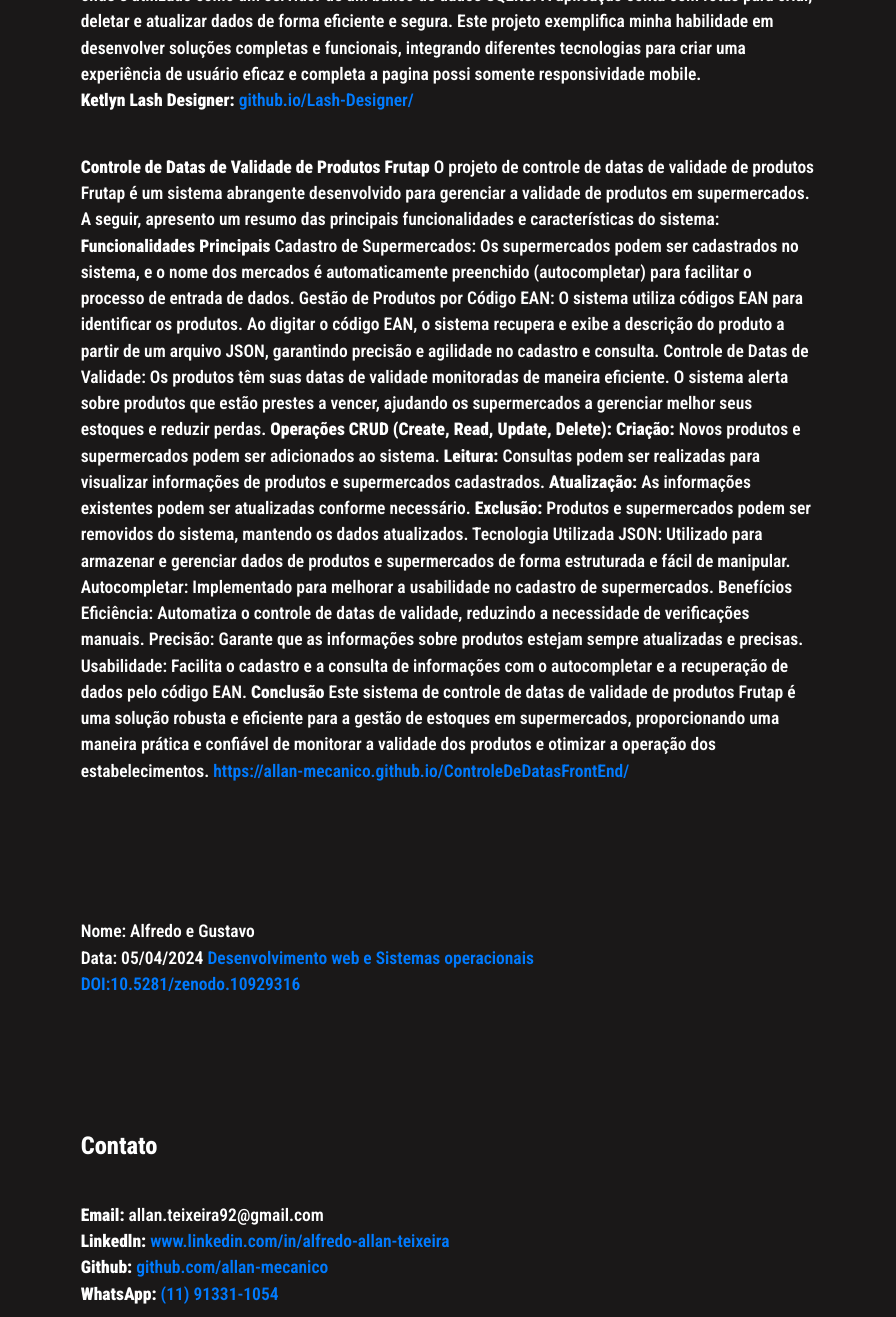
Repository: alfredo-allan/Portfolio
Page: index.html
An editor plug-in stored every save of this project. The page is shown before and after a run of saves, followed by the edit.
The browser window is 1280 px wide. The pictures show the part of the page from y = 2622 to 4542 px (the page is 4504 px tall before and 4542 px after), at 70% of full size.

Above is the page before, as saved 2024-05-26 19:37:18.

### index.html
<!DOCTYPE html>
<html lang="pt-BR">
  <head>
    <meta charset="UTF-8" />
    <meta name="viewport" content="width=device-width, initial-scale=1.0" />
    <link
      rel="stylesheet"
      href="https://stackpath.bootstrapcdn.com/bootstrap/4.1.3/css/bootstrap.min.css"
      integrity="sha384-MCw98/SFnGE8fJT3GXwEOngsV7Zt27NXFoaoApmYm81iuXoPkFOJwJ8ERdknLPMO"
      crossorigin="anonymous"
    />
    <link rel="stylesheet" href="./src/assets/styles/home.css" />
    <link
      href="https://fonts.googleapis.com/css2?family=Roboto+Condensed:ital,wght@0,100..900;1,100..900&display=swap"
      rel="stylesheet"
    />

    <title>Portfolio</title>
    <div class="foto-perfil">
      <img src="./src/assets/images/foto-perfil.jpeg" alt="Minha Foto" />
    </div>
    <div class="menu">
      <ul>
        <li><a href="#Sobre">Sobre</a></li>
        <li><a href="#Conhecimento">Conhecimento</a></li>
        <li><a href="#Contato">Contato</a></li>
        <li><a href="#Projetos">Projetos</a></li>
        <li><a href="#Atividades">Atividades Faculdade</a></li>
        <li><a href="./curriculo.html">Currículo</a></li>
      </ul>
    </div>
    <div class="container" id="Sobre">
      <h2>Sobre</h2>
      <p>
        Meu nome é Alfredo Allan, e sou um profissional dedicado e apaixonado
        por tecnologia. Possuo experiência e conhecimento em diversos cursos e
        treinamentos, tais como Shell Script, introdução ao sistema operacional
        Linux, programação para internet com JavaScript, recriação da página do
        Instagram, criação de sites com HTML5 e CSS3, Git e GitHub, estruturas
        de algoritmos, lógica e programação essencial. Além disso, também possuo
        certificações em engenharia social e phishing, e sou um usuário
        experiente de Linux. Tenho um projeto pessoal de uma página de
        empréstimo no GitHub, onde aplico meus conhecimentos e habilidades de
        programação e web design. Estou sempre em busca de aprendizado e novos
        desafios, e estou confiante de que posso contribuir de forma
        significativa para sua equipe. Estou ansioso para mostrar como minhas
        habilidades e experiências podem agregar valor à sua empresa.
      </p>
    </div>
    <div id="Conhecimento">
      <h2>Conhecimento</h2>
      <p>
        Cursando Analise e desenvolvimento de sistemas <br />
        Shell script - manipulando arquivos <br />
        Introdução ao sistema operacional linux <br />
        Programação para internet com javascritp <br />
        Recriando a pagina do instagram <br />
        Imersão front-end Alura <br />
        Introdução a criação de sites com HTML 5 E CSS3 <br />
        Introdução ao git eo github <br />
        O que são estruturas de algoritimo <br />
        Logica e programação essencial <br />
        Engenharia social e phishing <br />
      </p>
    </div>

    <div id="sistemas">
      <h2>Sistemas Operacionais</h2>
      <p>
        Como usuário de Linux, possuo conhecimento em pacotes gerenciadores como
        apt e yum, bem como em servidores Apache. Sou capaz de estabelecer
        conexões SSH, gerar chaves públicas, e possuo boas práticas no uso do
        terminal de comandos. Além disso, possuo habilidades avançadas em
        instalação e configuração de sistemas operacionais, inclusive na
        manipulação de variáveis de ambiente como o PATH. Estas competências são
        fundamentais para garantir um ambiente de trabalho eficiente e seguro.
      </p>
    </div>
    <div id="Projetos">
      <h2>Projetos</h2>
      <p>
        Desenvolvi uma página web responsiva utilizando Bootstrap 5, HTML e CSS.
        A página possui uma simulação de empréstimo, onde o usuário pode
        escolher o número de meses para financiar e ver uma prestação
        aproximada. Além disso, incluí um botão de contato via WhatsApp para
        facilitar a comunicação com um corretor. <br />
        <strong>Emprestimo:</strong
        ><a href="https://allan-mecanico.github.io/Emprestimo-facil/index.html">
          github.io/Emprestimo-facil/
        </a>
      </p>
      <p>
        Esse projeto combina o uso de tecnologias front-end e back-end para
        criar uma aplicação web dinâmica e interativa. O front-end foi
        desenvolvido com HTML, CSS e JavaScript e está hospedado no GitHub
        Pages. Já o back-end foi feito em Python com o framework Flask e está
        hospedado no PythonAnywhere, onde é utilizado como um servidor de um
        banco de dados SQLite. A aplicação conta com rotas para criar, deletar e
        atualizar dados de forma eficiente e segura. Este projeto exemplifica
        minha habilidade em desenvolver soluções completas e funcionais,
        integrando diferentes tecnologias para criar uma experiência de usuário
        eficaz e completa a pagina possi somente responsividade mobile. <br />
        <strong>Ketlyn Lash Designer:</strong
        ><a href="https://allan-mecanico.github.io/Lash-Designer/">
          github.io/Lash-Designer/
        </a>
      </p>
      <p>
        <strong>Controle de Datas de Validade de Produtos Frutap</strong>
        O projeto de controle de datas de validade de produtos Frutap é um
        sistema abrangente desenvolvido para gerenciar a validade de produtos em
        supermercados. A seguir, apresento um resumo das principais
        funcionalidades e características do sistema:

        <strong>Funcionalidades Principais</strong>
        Cadastro de Supermercados: Os supermercados podem ser cadastrados no
        sistema, e o nome dos mercados é automaticamente preenchido
        (autocompletar) para facilitar o processo de entrada de dados. Gestão de
        Produtos por Código EAN: O sistema utiliza códigos EAN para identificar
        os produtos. Ao digitar o código EAN, o sistema recupera e exibe a
        descrição do produto a partir de um arquivo JSON, garantindo precisão e
        agilidade no cadastro e consulta. Controle de Datas de Validade: Os
        produtos têm suas datas de validade monitoradas de maneira eficiente. O
        sistema alerta sobre produtos que estão prestes a vencer, ajudando os
        supermercados a gerenciar melhor seus estoques e reduzir perdas.
        <strong>Operações CRUD (Create, Read, Update, Delete):</strong>

        <strong>Criação:</strong> Novos produtos e supermercados podem ser
        adicionados ao sistema. <strong>Leitura:</strong> Consultas podem ser
        realizadas para visualizar informações de produtos e supermercados
        cadastrados. <strong>Atualização:</strong> As informações existentes
        podem ser atualizadas conforme necessário.
        <strong>Exclusão:</strong> Produtos e supermercados podem ser removidos
        do sistema, mantendo os dados atualizados. Tecnologia Utilizada JSON:
        Utilizado para armazenar e gerenciar dados de produtos e supermercados
        de forma estruturada e fácil de manipular. Autocompletar: Implementado
        para melhorar a usabilidade no cadastro de supermercados. Benefícios
        Eficiência: Automatiza o controle de datas de validade, reduzindo a
        necessidade de verificações manuais. Precisão: Garante que as
        informações sobre produtos estejam sempre atualizadas e precisas.
        Usabilidade: Facilita o cadastro e a consulta de informações com o
        autocompletar e a recuperação de dados pelo código EAN.
        <strong>Conclusão</strong>
        Este sistema de controle de datas de validade de produtos Frutap é uma
        solução robusta e eficiente para a gestão de estoques em supermercados,
        proporcionando uma maneira prática e confiável de monitorar a validade
        dos produtos e otimizar a operação dos estabelecimentos.
        <a href="https://allan-mecanico.github.io/ControleDeDatasFrontEnd/"
          >https://allan-mecanico.github.io/ControleDeDatasFrontEnd/</a
        >
      </p>
    </div>
    <div id="Atividades">
      <p>
          Nome: Alfredo e Gustavo  <br>
          Data: 05/04/2024
        <a href="https://zenodo.org/records/10929316"
          >Desenvolvimento web e Sistemas operacionais <br>
          DOI:10.5281/zenodo.10929316</a
        >
      </p>
    </div>
    <div id="Contato">
      <h2>Contato</h2>

      <p>
        <strong>Email:</strong> allan.teixeira92@gmail.com <br />
        <strong>Linkedln:</strong
        ><a
          href="https://www.linkedin.com/in/alfredo-allan-teixeira-ba2701149/"
        >
          www.linkedin.com/in/alfredo-allan-teixeira <br
        /></a>

        <strong>Github:</strong
        ><a href="https://github.com/allan-mecanico">
          github.com/allan-mecanico<br
        /></a>
        <strong>WhatsApp:</strong
        ><a href="https://api.whatsapp.com/send?phone=5511913311054">
          (11) 91331-1054<br
        /></a>
      </p>
    </div>
  </head>
  <body>
    <script
      src="https://code.jquery.com/jquery-3.3.1.slim.min.js"
      integrity="sha384-q8i/X+965DzO0rT7abK41JStQIAqVgRVzpbzo5smXKp4YfRvH+8abtTE1Pi6jizo"
      crossorigin="anonymous"
    ></script>
    <script
      src="https://cdnjs.cloudflare.com/ajax/libs/popper.js/1.14.3/umd/popper.min.js"
      integrity="sha384-ZMP7rVo3mIykV+2+9J3UJ46jBk0WLaUAdn689aCwoqbBJiSnjAK/l8WvCWPIPm49"
      crossorigin="anonymous"
    ></script>
    <script
      src="https://stackpath.bootstrapcdn.com/bootstrap/4.1.3/js/bootstrap.min.js"
      integrity="sha384-ChfqqxuZUCnJSK3+MXmPNIyE6ZbWh2IMqE241rYiqJxyMiZ6OW/JmZQ5stwEULTy"
      crossorigin="anonymous"
    ></script>
  </body>
</html>

### src/assets/styles/home.css
:root {
  --roboto-condensed: "Roboto Condensed", sans-serif;
}

body {
  font-family: var(--roboto-condensed);
  background-color: rgb(26, 24, 24);
  background-position: center;
  background-size: cover;
}

@media (min-width: 310px) and (max-width: 480px) {
  body {
    background-image: url("../images/git-img.jpg");
    background-repeat: no-repeat;
    background-attachment: fixed;
  }
}

.menu ul {
  font-size: 1.5rem;
  font-weight: 600;
  margin-top: -14%;
  margin-right: 4%;
  text-align: right;
  list-style: none;
  li {
    margin-right: 12px;
    display: inline-block;
  }
}

@media only screen and (min-width: 310px) and (max-width: 450px) {
  .menu ul {
    font-weight: 1000;
    text-align: left;
    margin-top: -45%;
    padding: 20%;
    margin-left: 40%;
    font-size: 20px;
  }
}

.foto-perfil {
  margin-top: 1%;
  margin-left: 8%;
  width: 200px;
  height: 200px;
  border-radius: 50%;
  overflow: hidden;
}

.foto-perfil img {
  width: 100%;
  height: 100%;
  object-fit: cover;
}

@media only screen and (min-width: 310px) and (max-width: 450px) {
  .foto-perfil {
    width: 80px;
    height: 80px;
    margin-left: 10%;
    margin-top: 7%;
  }
}

#Sobre {
  color: white;
  margin-top: 20%;
  margin-left: 9%;
  h2 {
    font-weight: 1000;
    font-size: 35px;
    font-weight: 800;
  }
  p {
    font-weight: 300;
    margin-top: 5%;
    font-size: 25px;
    font-family: var(--roboto-condensed);
    width: 100%; /* Define a largura desejada */
    font-weight: 600;
  }
}

@media only screen and (min-width: 310px) and (max-width: 450px) {
  #Sobre {
    margin-left: -1%;
    margin-top: -10%;
    h2 {
      color: white;
      font-size: 22px;
      font-weight: 800;
    }
    p {
      color: white;
      margin-top: 5%;
      font-size: 18px;
      font-family: var(--roboto-condensed);
      width: 100%; /* Define a largura desejada */
      font-weight: 350;
    }
  }
}

#Conhecimento {
  color: white;
  margin-top: 15%;
  margin-left: 9%;
  h2 {
    font-size: 35px;
    font-weight: 800;
  }
  p {
    margin-top: 5%;
    font-size: 25px;
    font-family: var(--roboto-condensed);
    width: 90%; /* Define a largura desejada */
    font-weight: 600;
  }
}

@media only screen and (min-width: 310px) and (max-width: 450px) {
  #Conhecimento {
    margin-left: 1%;
    margin-top: 35%;
    h2 {
      color: white;
      font-size: 22px;
      font-weight: 800;
    }
    p {
      color: white;
      margin-top: 5%;
      font-size: 18px;
      font-family: var(--roboto-condensed);
      width: 100%; /* Define a largura desejada */
      font-weight: 350;
    }
  }
}
#sistemas {
  color: white;
  margin-top: 15%;
  margin-left: 9%;
  h2 {
    font-size: 35px;
    font-weight: 800;
  }
  p {
    margin-top: 5%;
    font-size: 25px;
    font-family: var(--roboto-condensed);
    width: 90%; /* Define a largura desejada */
    font-weight: 600;
  }
}

@media only screen and (min-width: 310px) and (max-width: 450px) {
  #sistemas {
    margin-left: -0%;
    margin-top: 20%;
    h2 {
      font-size: 22px;
      font-weight: 800;
    }
    p {
      margin-top: 5%;
      font-size: 18px;
      font-family: var(--roboto-condensed);
      width: 100%; /* Define a largura desejada */
      font-weight: 350;
    }
  }
}

#Projetos {
  color: white;
  margin-top: 15%;
  margin-left: 9%;
  h2 {
    font-size: 35px;
    font-weight: 800;
  }
  p {
    margin-top: 5%;
    font-size: 25px;
    font-family: var(--roboto-condensed);
    width: 90%; /* Define a largura desejada */
    font-weight: 600;
  }
}

@media only screen and (min-width: 310px) and (max-width: 450px) {
  #Projetos {
    margin-left: -0%;
    margin-top: 25%;
    h2 {
      font-size: 22px;
      font-weight: 800;
    }
    p {
      color: white;
      margin-top: 5%;
      font-size: 18px;
      font-family: var(--roboto-condensed);
      width: 100%; /* Define a largura desejada */
      font-weight: 350;
    }
  }
}

#Atividades {
  color: white;
  margin-top: 15%;
  margin-left: 9%;
  h2 {
    font-size: 35px;
    font-weight: 800;
  }
  p {
    margin-top: 5%;
    font-size: 25px;
    font-family: var(--roboto-condensed);
    width: 90%; /* Define a largura desejada */
    font-weight: 600;
  }
}

@media only screen and (min-width: 310px) and (max-width: 450px) {
  #Atividades {
    margin-left: -0%;
    margin-top: 25%;
    h2 {
      font-size: 22px;
      font-weight: 800;
    }
    p {
      color: white;
      margin-top: 5%;
      font-size: 18px;
      font-family: var(--roboto-condensed);
      width: 100%; /* Define a largura desejada */
      font-weight: 350;
    }
  }
}

#Contato {
  color: white;
  margin-top: 15%;
  margin-left: 9%;
  h2 {
    font-size: 35px;
    font-weight: 800;
  }
  p {
    margin-top: 5%;
    font-size: 25px;
    font-family: var(--roboto-condensed);
    width: 90%; /* Define a largura desejada */
    font-weight: 600;
  }
}

@media only screen and (min-width: 310px) and (max-width: 450px) {
  #Contato {
    margin-top: 25%;
    margin-left: 0%;
    h2 {
      font-size: 22px;
      font-weight: 800;
    }
    p {
      width: 100%;
      margin-top: 5%;
      font-size: 18px;
      font-family: var(--roboto-condensed);
      font-weight: 350;
    }
  }
}

After the next 2 saves:
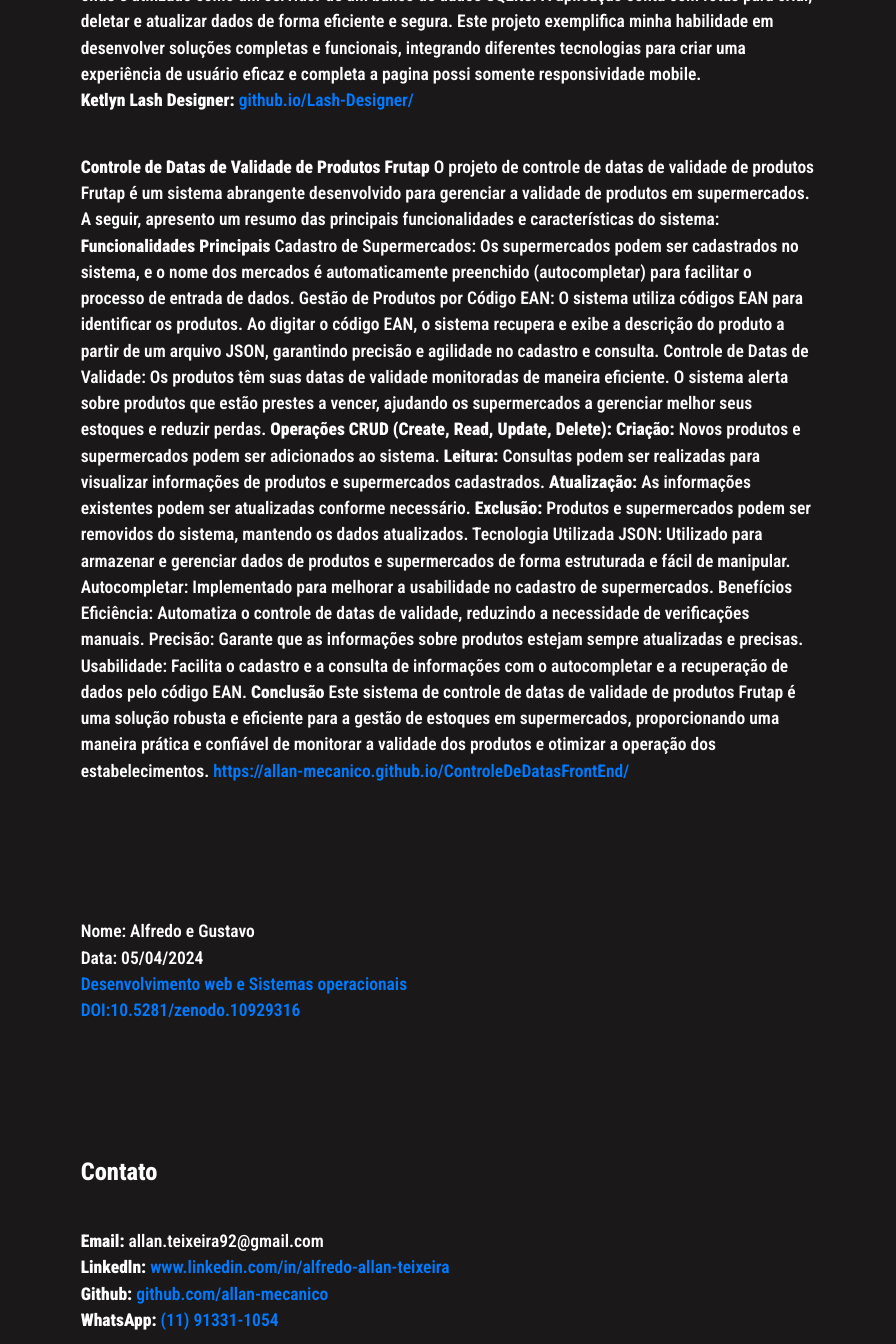
The 2 saves are shown as one change because they came seconds apart.
The last was saved 5 s later.
--- a/index.html
+++ b/index.html
@@ -153,7 +153,7 @@
     <div id="Atividades">
       <p>
           Nome: Alfredo e Gustavo  <br>
-          Data: 05/04/2024
+          Data: 05/04/2024 <br>
         <a href="https://zenodo.org/records/10929316"
           >Desenvolvimento web e Sistemas operacionais <br>
           DOI:10.5281/zenodo.10929316</a
